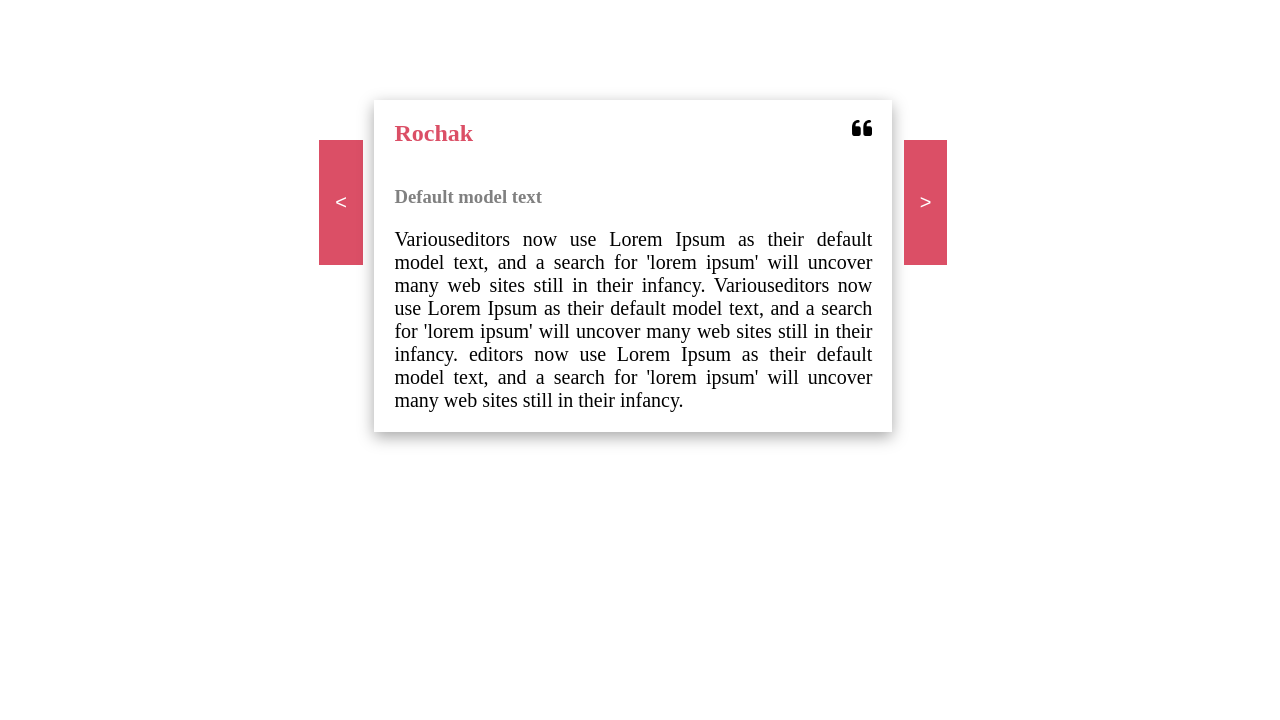
Repository: AVINKUMARP/gifts
Page: demo2.html
An editor plug-in stored every save of this project. The page is shown before and after the next save, followed by the edit.
The browser window is 1280 px wide. The pictures show the whole page.

Above is the page before, as saved 2023-08-24 14:24:57.

After the next save:
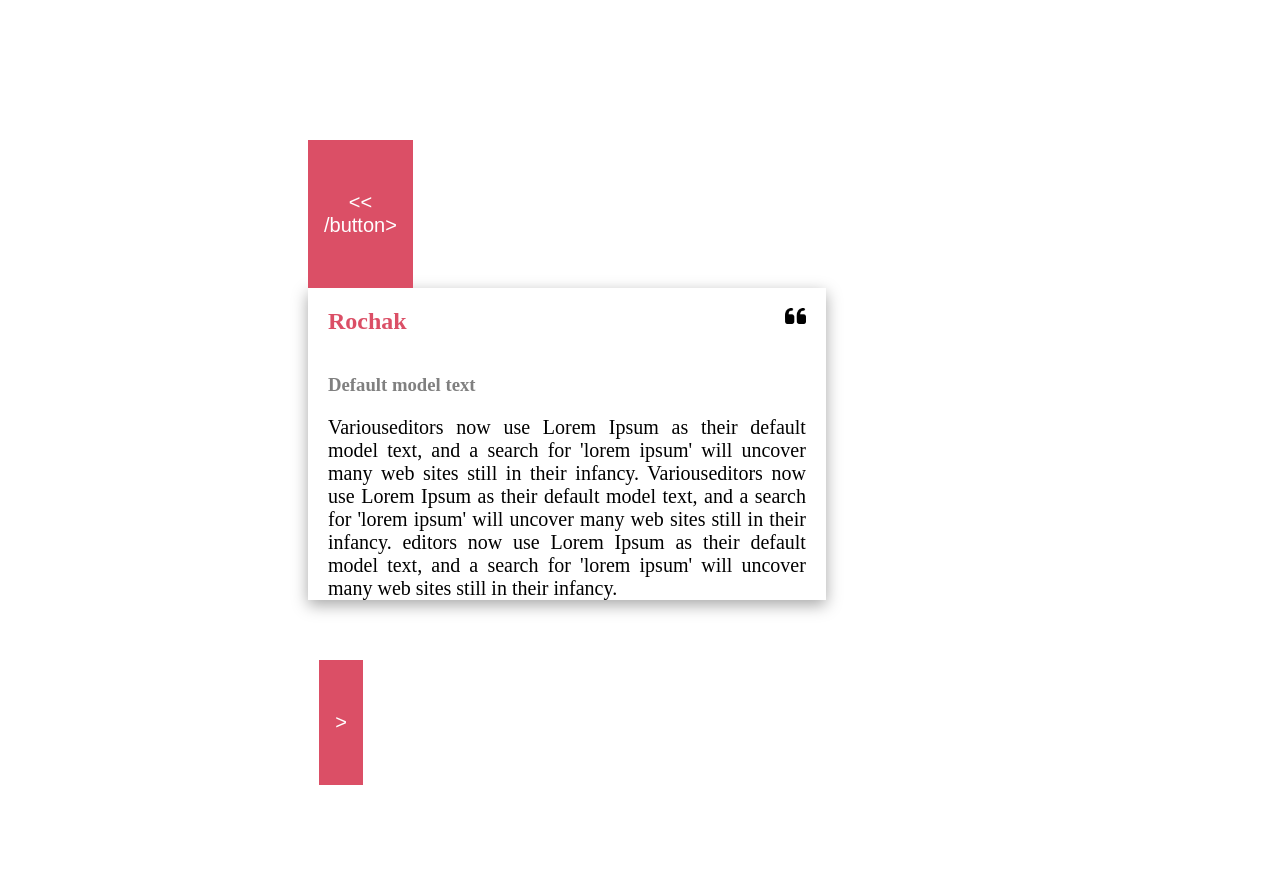
Saved 70 s later.
--- a/demo2.html
+++ b/demo2.html
@@ -1,92 +1,120 @@
 <!DOCTYPE html>
 <html lang="en">
+
 <head>
     <meta charset="UTF-8">
     <meta name="viewport" content="width=device-width, initial-scale=1.0">
     <title>Document</title>
     <style>
-        .container{
+        .container {
             display: flex;
             flex-wrap: wrap;
             text-align: center;
             margin: 100px 300px;
         }
-        .cbutl{
+
+        .cbutl {
             width: 10%;
         }
-        .cpara{
+
+        .cpara {
             width: 78%;
             box-shadow: rgba(0, 0, 0, 0.35) 0px 5px 15px;
         }
-        .cbutr{
+
+        .cbutr {
             width: 10%;
         }
-        .csub{
+
+        .csub {
             display: flex;
             flex-wrap: wrap;
             justify-content: space-between;
         }
-        .cbutl button{
+
+        .cbutl button {
             background-color: #db4f66;
             color: white;
-            border:1px solid #db4f66;
+            border: 1px solid #db4f66;
             padding: 50px 15px;
             font-size: 20px;
         }
-        .cbutl{
+
+        .cbutl {
             padding-top: 40px;
         }
-        .cbutr button{
+
+        .cbutr button {
             background-color: #db4f66;
             color: white;
-            border:1px solid #db4f66;
+            border: 1px solid #db4f66;
             padding: 50px 15px;
             font-size: 20px;
         }
-        .cbutr{
+
+        .cbutr {
             padding-top: 40px;
         }
-        .csub h2{
+
+        .csub h2 {
             text-align: start;
 
         }
-        .ch h2{
-            color:#db4f66;
+
+        .ch h2 {
+            color: #db4f66;
         }
-        .cpara h3{
-            color:gray;
+
+        .cpara h3 {
+            color: gray;
         }
-        .cpara h3{
+
+        .cpara h3 {
             text-align: start;
             padding: 0 20px;
         }
-        .cpara p{
+
+        .cpara p {
             text-align: justify;
             font-size: 20px;
             padding: 0 20px;
         }
-        .cicon{
+
+        .cicon {
             padding-top: 20px;
             text-align: end;
         }
-        .csub{
+
+        .csub {
             padding: 0 20px;
         }
     </style>
 </head>
+
 <body>
     <div class="container">
-        <div class="cbutl"><button><</button></div>
-        <div class="cpara">
-            <div class="csub">
-                <div class="ch"><h2>Rochak</h2>
+        <div class="consub">
+            <div class="cbutl"><button>
+                    << /button>
+            </div>
+            <div class="cpara">
+                <div class="csub">
+                    <div class="ch">
+                        <h2>Rochak</h2>
+                    </div>
+                    <div class="cicon"><img src="./images/icon.png" alt="loading..." width="8%"></div>
                 </div>
-                <div class="cicon"><img src="./images/icon.png" alt="loading..." width="8%"></div>
+                <h3>Default model text</h3>
+                <p>Variouseditors now use Lorem Ipsum as their default model text, and a search for 'lorem ipsum' will
+                    uncover many web sites still in their infancy. Variouseditors now use Lorem Ipsum as their default
+                    model text, and a search for 'lorem ipsum' will uncover many web sites still in their infancy.
+                    editors now use Lorem Ipsum as their default model text, and a search for 'lorem ipsum' will uncover
+                    many web sites still in their infancy.</p>
             </div>
-            <h3>Default model text</h3>
-            <p>Variouseditors now use Lorem Ipsum as their default model text, and a search for 'lorem ipsum' will uncover many web sites still in their infancy. Variouseditors now use Lorem Ipsum as their default model text, and a search for 'lorem ipsum' will uncover many web sites still in their infancy. editors now use Lorem Ipsum as their default model text, and a search for 'lorem ipsum' will uncover many web sites still in their infancy.</p>
+            <div class="cbutr"><button>></button></div>
         </div>
-        <div class="cbutr"><button>></button></div>
+
     </div>
 </body>
+
 </html>
